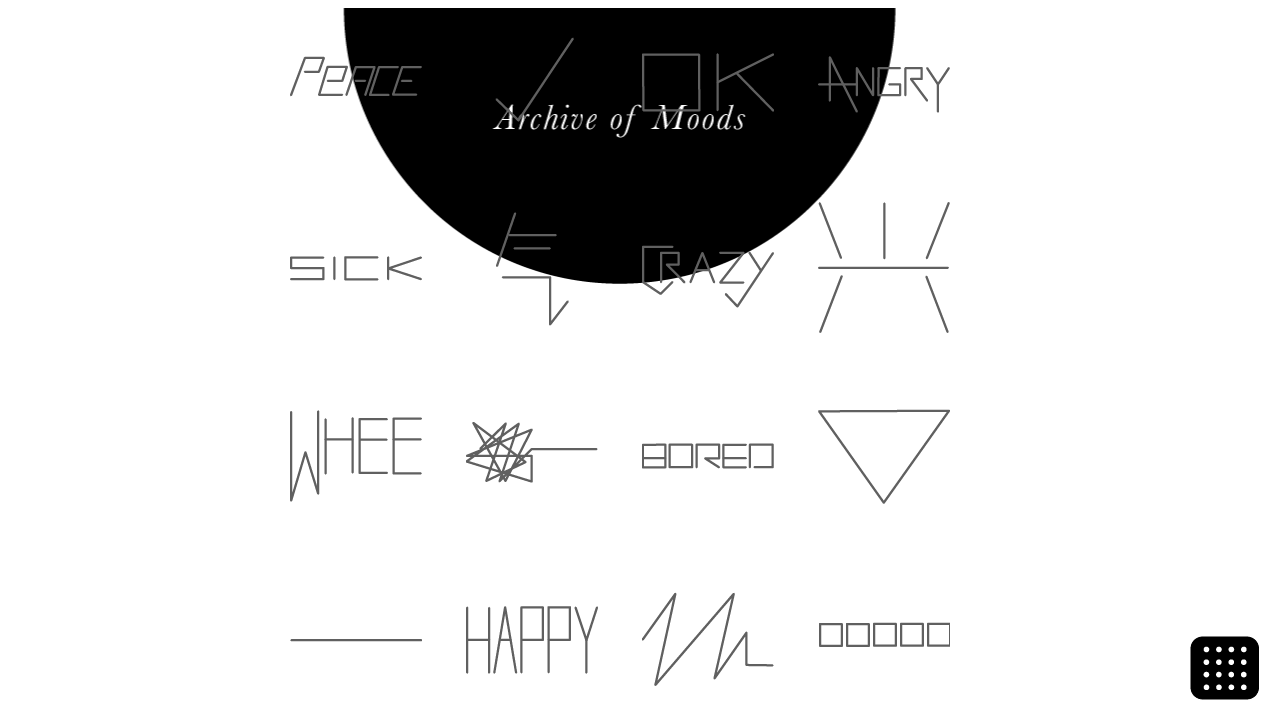
Repository: ConnyPinto/connypinto.github.io
Page: studio/dot-to-dot/archive.html
The author's editor kept a record of every edit. The page is drawn from the files as they stood at one moment, then again after the next edit.
The browser window is 1280 px wide. The pictures show the whole page.
Some web libraries are served in a nearby version.

Above is the page before.

After the next edit:
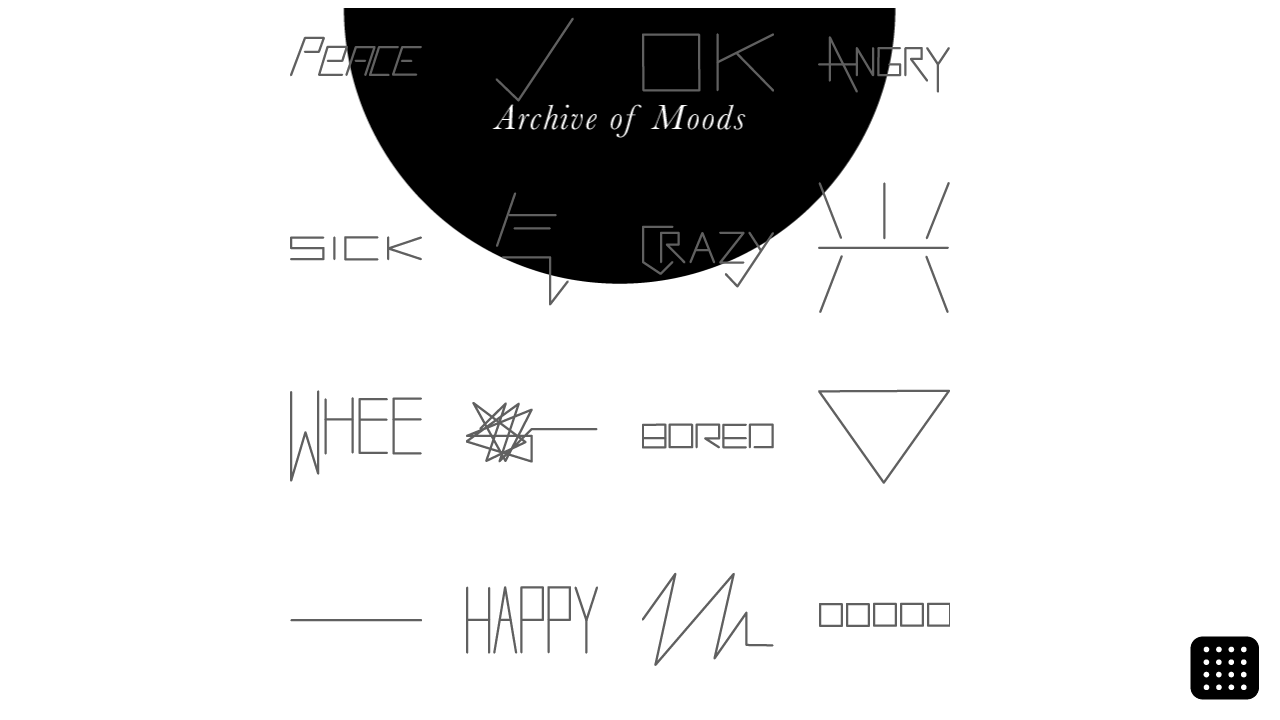
The edit:
--- a/studio/dot-to-dot/css/archive.css
+++ b/studio/dot-to-dot/css/archive.css
@@ -75,7 +75,7 @@
   margin-bottom:40px;
 }
 
-.row5{
+.row7{
   display:inline-block;
   margin-bottom:40px;
 }
